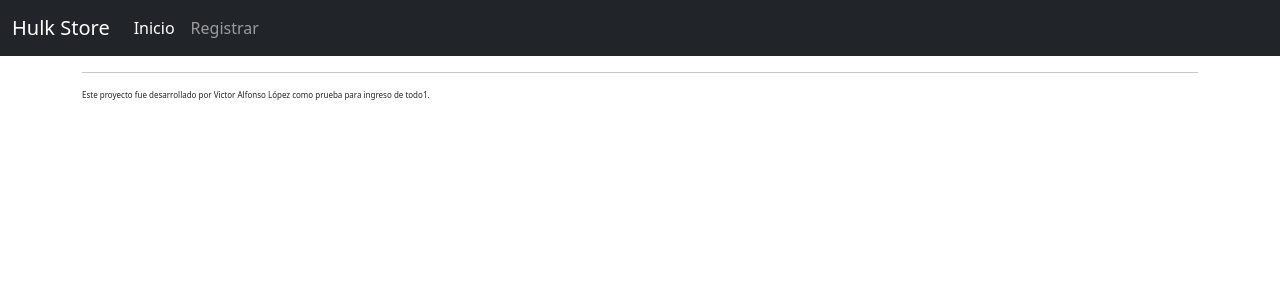
Repository: alfonsoLopez1992/PruebaTODO1
Page: http://localhost/index
The author's editor kept a copy of each file at every save. The page is drawn from the files as they stood at one save, then again after the next save.
The browser window is 1280 px wide. The pictures show the whole page.
Some web libraries are served in a nearby version. The page is this project's Thymeleaf template; nobody is signed in. The template is opened directly, without the code that normally fills it, so the values that code supplies are empty.

Above is the page before, as saved 2021-02-15 19:19:28.

After the next save:
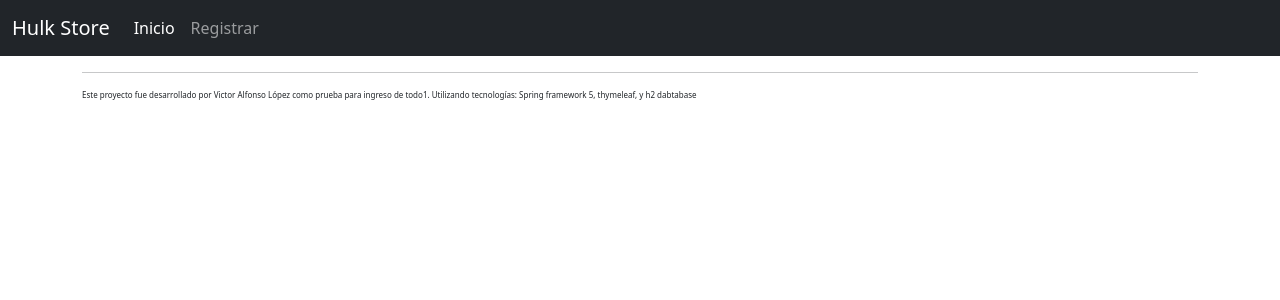
Saved 82 s later.
--- a/hulk-store-internet/src/main/resources/templates/layout/layout.html
+++ b/hulk-store-internet/src/main/resources/templates/layout/layout.html
@@ -38,7 +38,7 @@
 	<footer th:fragment="footer" class="container">
 		<hr />
 		<p style="font-size: 8px !important;">Este proyecto fue desarrollado por Victor Alfonso López como
-			prueba para ingreso de todo1.</p>
+			prueba para ingreso de todo1. Utilizando tecnologías: Spring framework 5, thymeleaf, y h2 dabtabase</p>
 		<script
 			src="https://cdn.jsdelivr.net/npm/bootstrap@5.0.0-beta2/dist/js/bootstrap.bundle.min.js"
 			integrity="sha384-b5kHyXgcpbZJO/tY9Ul7kGkf1S0CWuKcCD38l8YkeH8z8QjE0GmW1gYU5S9FOnJ0"
